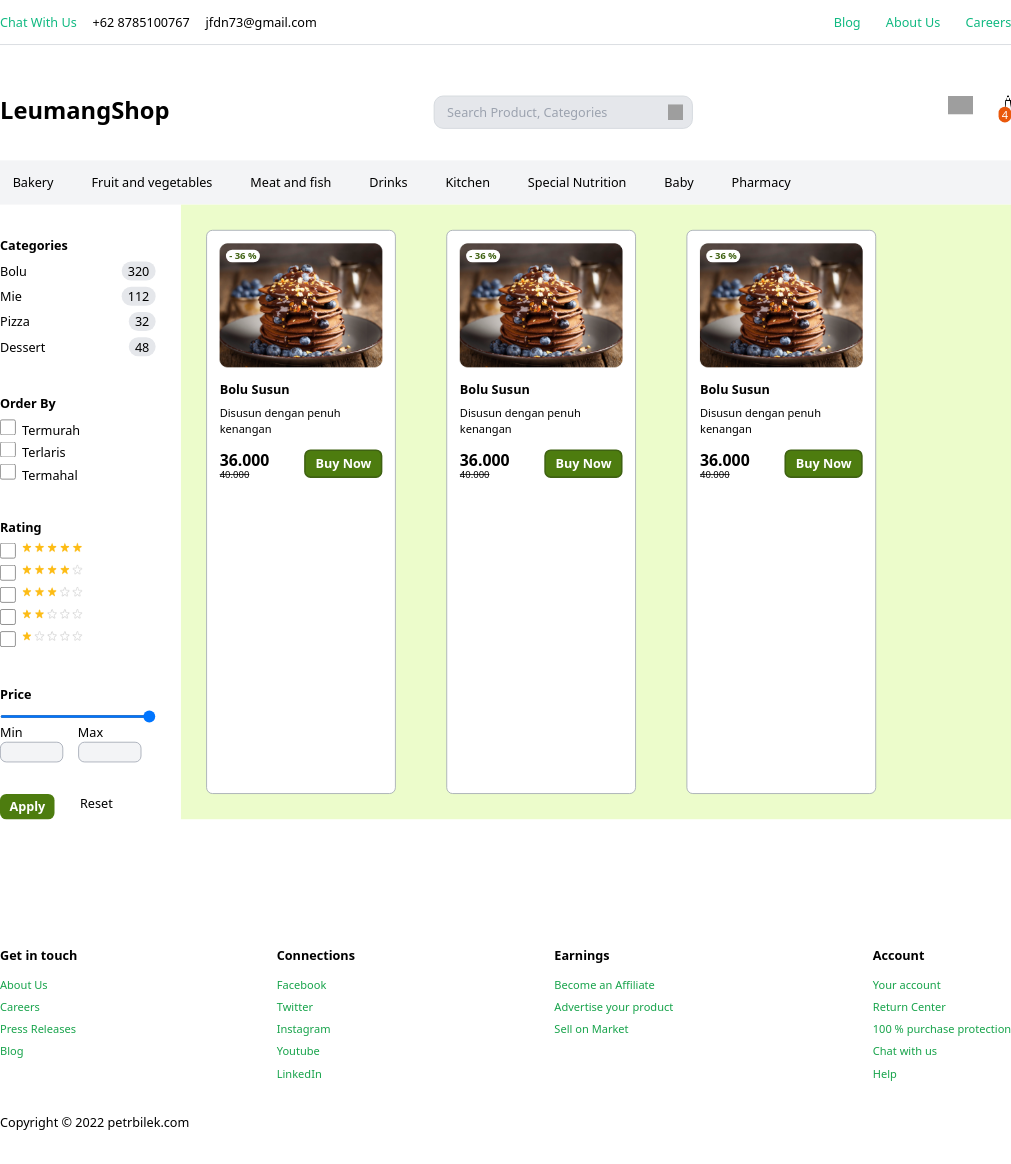
Repository: jafetdn73/ecommerce-tailwind
Page: /
These files come from the project's save history. The page is drawn as it stood at one moment and after the next save; the edit follows.
The browser window is 1280 px wide. The pictures show the whole page, at 79% of full size.
Pictures or frames that could not be fetched are drawn as grey boxes. The project was rebuilt for these pictures with package versions that can differ from the ones it lists, and the page was loaded fresh each time. Also part of the build but not shown: src/App.css.

Above is the page before, as saved 2022-03-14 15:30:57.

### src/App.js
import "./App.css";

function App() {
  return (
    <div className="bg-white container mx-auto">
      <div className="flex justify-between py-4 border-b border-gray-300">
        <div className="flex gap-5">
          <a href="http://google.com" className="text-emerald-500">
            Chat With Us
          </a>
          <a href="http://facebook.com">+62 8785100767</a>
          <a href="http://ggogl.com">jfdn73@gmail.com</a>
        </div>

        <div className="">
          <ul className="flex gap-8 text-emerald-500">
            <li>Blog</li>
            <li>About Us</li>
            <li>Careers</li>
          </ul>
        </div>
      </div>

      <div className="flex justify-between mt-16">
        <h1 className="text-3xl font-bold">LeumangShop</h1>
        <div className="flex w-full justify-center items-center">
          <input
            type="text"
            placeholder="Search Product, Categories"
            className="w-1/3 border border-gray-300 bg-gray-200 rounded-xl pl-4 py-2"
          />
          <img src="/images/search-icon.png" alt="search" className="w-5 h-5 -ml-8"/>
        </div>
        <div className="flex gap-10">
          <img src="/images/user-icon.png" alt="user" className="w-8 h-6"/>
          <div className="relative">
            <img src="/images/cart-icon.png" alt="icon" className="w-8 h-6"/>
            <label className="absolute bottom-2 -left-2 bg-orange-600 text-white py-0.25 px-1 rounded-full text-sm">4</label>
          </div>
        </div>
      </div>

      <div className="bg-gray-100 mt-10 py-4 pl-4 text-base font-medium">
        <ul className="flex gap-12">
          <li>Bakery</li>
          <li>Fruit and vegetables</li>
          <li>Meat and fish</li>
          <li>Drinks</li>
          <li>Kitchen</li>
          <li>Special Nutrition</li>
          <li>Baby</li>
          <li>Pharmacy</li>
        </ul>
        </div>

      {/* Container Wrapper */}
      <div className="flex gap-4">
        {/* Side Bar Container */}
        <div className="flex flex-col w-60" >
          {/* Categories Container */}
          <div className="flex flex-col mt-10">
            <h1 className="font-bold text-base mb-2">Categories</h1>
            <ul>
              <div className="flex justify-between">
                <li>Bolu</li><label className="mb-2 bg-gray-200 pl-2 pr-2 rounded-xl">320</label>
              </div>
              <div className="flex justify-between">
                <li>Mie</li><label className="mb-2 bg-gray-200 pl-2 pr-2 rounded-xl">112</label>
              </div>
              <div className="flex justify-between">
                <li>Pizza</li><label className="mb-2 bg-gray-200 pl-2 pr-2 rounded-xl">32</label>
              </div>
              <div className="flex justify-between">
                <li>Dessert</li><label className="mb-2 bg-gray-200 pl-2 pr-2 rounded-xl">48</label>
              </div>
            </ul>
          </div>
          {/* Order By Categories */}
          <div className="flex flex-col mt-10">
            <h1 className="font-bold mb-2">Order By</h1>
           <div>
              <input type="checkbox" className="accent-lime-700 w-5 h-5 mr-2 mb-2"></input>
              <span className="mb-1">Termurah</span>
          </div>
          <div>
            <input type="checkbox"  className="accent-lime-700 w-5 h-5 mr-2 mb-2"></input>
            <label>Terlaris</label>
          </div>
          <div>
            <input type="checkbox"  className="accent-lime-700 w-5 h-5 mr-2 mb-2"></input>
            <label>Termahal</label>
          </div>
          </div>
          {/* Rating Container */}
          <div className="flex flex-col mt-10">
            <h1 className="font-bold mb-2">Rating</h1>
           <div  className="flex">
             <input type="checkbox" className="accent-lime-700 w-5 h-5 mr-2 mb-2">
               </input>
               <div className="flex w-3 h-3 gap-1">
                 <img src="images/rate-star.png" alt="rate-star"/>
                 <img src="images/rate-star.png" alt="rate-star"/>
                 <img src="images/rate-star.png" alt="rate-star"/>
                 <img src="images/rate-star.png" alt="rate-star"/>
                 <img src="images/rate-star.png" alt="rate-star"/>
                 </div>
          </div>
          <div  className="flex">
             <input type="checkbox" className="accent-lime-700 w-5 h-5 mr-2 mb-2">
               </input>
               <div className="flex w-3 h-3 gap-1">
                 <img src="images/rate-star.png" alt="rate-star"/>
                 <img src="images/rate-star.png" alt="rate-star"/>
                 <img src="images/rate-star.png" alt="rate-star"/>
                 <img src="images/rate-star.png" alt="rate-star"/>
                 <img src="images/unrate-star.png" alt="unrate-star"/>
                 </div>
          </div>
          <div  className="flex">
             <input type="checkbox" className="accent-lime-700 w-5 h-5 mr-2 mb-2">
               </input>
               <div className="flex w-3 h-3 gap-1">
                 <img src="images/rate-star.png" alt="rate-star"/>
                 <img src="images/rate-star.png" alt="rate-star"/>
                 <img src="images/rate-star.png" alt="rate-star"/>
                 <img src="images/unrate-star.png" alt="unrate-star"/>
                 <img src="images/unrate-star.png" alt="unrate-star"/>
                 </div>
          </div>
          <div  className="flex">
             <input type="checkbox" className="accent-lime-700 w-5 h-5 mr-2 mb-2">
               </input>
               <div className="flex w-3 h-3 gap-1">
                 <img src="images/rate-star.png" alt="rate-star"/>
                 <img src="images/rate-star.png" alt="rate-star"/>
                 <img src="images/unrate-star.png" alt="unrate-star"/>
                 <img src="images/unrate-star.png" alt="unrate-star"/>
                 <img src="images/unrate-star.png" alt="unrate-star"/>
                 </div>
          </div>
          <div  className="flex">
             <input type="checkbox" className="accent-lime-700 w-5 h-5 mr-2 mb-2">
               </input>
               <div className="flex w-3 h-3 gap-1">
                 <img src="images/rate-star.png" alt="rate-star"/>
                 <img src="images/unrate-star.png" alt="unrate-star"/>
                 <img src="images/unrate-star.png" alt="unrate-star"/>
                 <img src="images/unrate-star.png" alt="unrate-star"/>
                 <img src="images/unrate-star.png" alt="unrate-star"/>
                 </div>
          </div>

          </div>
          {/* Price Container */}
          <div className="flex flex-col mt-10">
          <h1 className="font-bold">Price</h1>
          <div><input
                type="range"
                className="w-full h-1 p-0 bg-gray-200 focus:outline-none focus:ring-0 focus:shadow-sm"
                min="0"
                max="5"
              />
           </div>
           <div className="flex">
             <div className="w-2/4"><label>Min</label><br></br><input className="w-20 bg-gray-100 border border-gray-400 rounded-lg" type="text"/></div>
             <div  className="w-2/4"><label>Max</label><br></br><input className="w-20 bg-gray-100 border border-gray-400 rounded-lg" type="text"/></div>
           </div>
          </div>
          <div className="flex mt-10">
            <button className="py-1 px-3 mr-8 rounded-lg font-bold bg-lime-700 text-white">Apply</button><label>Reset</label></div>
        </div>
        <div className="bg-gray-100">
          <div className="bg-yellow-100">
          </div>
        </div>
        {/* Container Content */}
        <div className="flex flex-wrap bg-lime-100 w-full" >
          <div className="w-60 h-120 m-8 p-4 bg-white border border-gray-400 rounded-lg">
            <div className="flex relative">
              <img src="images/bolu-susun.png" alt="bolu-susun" width="236" height="180"/>
              <label className="text-lime-800 font-bold text-xs ml-2 absolute bottom-26 left-0 bg-white mt-2 mb-2 pl-1 pr-1 rounded-xl">- 36 %</label>
            </div>
            <div>
            <h1 className="font-bold text-base mt-4 mb-2">Bolu Susun</h1>
            <p className="text-sm">Disusun dengan penuh kenangan</p>
            </div>
            <div className="flex justify-between mt-4">
              <div className="flex flex-col">
                <label className="font-bold text-xl">36.000</label>
                <label className="line-through text-xs -mt-1">40.000</label>
              </div>
              <div>
                <button className="py-1 px-3 rounded-lg font-bold border-2 border-lime-800 bg-lime-700 text-white">Buy Now</button>
              </div>
            </div>
          </div>

          <div className="w-60 m-8 p-4 bg-white border border-gray-400 rounded-lg">
            <div className="flex relative">
              <img src="images/bolu-susun.png" alt="bolu-susun" width="236" height="180"/>
              <label className="text-lime-800 font-bold text-xs ml-2 absolute bottom-26 left-0 bg-white mt-2 mb-2 pl-1 pr-1 rounded-xl">- 36 %</label>
            </div>
            <div>
            <h1 className="font-bold text-base mt-4 mb-2">Bolu Susun</h1>
            <p className="text-sm">Disusun dengan penuh kenangan</p>
            </div>
            <div className="flex justify-between mt-4">
              <div className="flex flex-col">
                <label className="font-bold text-xl">36.000</label>
                <label className="line-through text-xs -mt-1">40.000</label>
              </div>
              <div>
                <button className="py-1 px-3 rounded-lg font-bold border-2 border-lime-800 bg-lime-700 text-white">Buy Now</button>
              </div>
            </div>
          </div>

          <div className="w-60 m-8 p-4 bg-white border border-gray-400 rounded-lg">
            <div className="flex relative">
              <img src="images/bolu-susun.png" alt="bolu-susun" width="236" height="180"/>
              <label className="text-lime-800 font-bold text-xs ml-2 absolute bottom-26 left-0 bg-white mt-2 mb-2 pl-1 pr-1 rounded-xl">- 36 %</label>
            </div>
            <div>
            <h1 className="font-bold text-base mt-4 mb-2">Bolu Susun</h1>
            <p className="text-sm">Disusun dengan penuh kenangan</p>
            </div>
            <div className="flex justify-between mt-4">
              <div className="flex flex-col">
                <label className="font-bold text-xl">36.000</label>
                <label className="line-through text-xs -mt-1">40.000</label>
              </div>
              <div>
                <button className="py-1 px-3 rounded-lg font-bold border-2 border-lime-800 bg-lime-700 text-white">Buy Now</button>
              </div>
            </div>
          </div>

        </div>
      </div>

      {/* footer */}
      <div className="flex justify-between mb-8 mt-40">

<div className="">
  <h2 className="font-bold mb-4">Get in touch</h2>
  <ul className="text-sm text-green-600">
    <li className="mb-2">About Us</li>
    <li className="mb-2">Careers</li>
    <li className="mb-2">Press Releases</li>
    <li className="mb-2">Blog</li>
  </ul>
</div>

<div className="">
  <h2 className="font-bold mb-4">Connections</h2>
  <ul className="text-sm text-green-600">
    <li className="mb-2">Facebook</li>
    <li className="mb-2">Twitter</li>
    <li className="mb-2">Instagram</li>
    <li className="mb-2">Youtube</li>
    <li className="mb-2">LinkedIn</li>
  </ul>
</div>

<div className="">
  <h2 className="font-bold mb-4">Earnings</h2>
  <ul className="text-sm text-green-600">
    <li className="mb-2">Become an Affiliate</li>
    <li className="mb-2">Advertise your product</li>
    <li className="mb-2">Sell on Market</li>
  </ul>
</div>

<div className="">
  <h2 className="font-bold mb-4">Account</h2>
  <ul className="text-sm text-green-600">
    <li className="mb-2">Your account</li>
    <li className="mb-2">Return Center</li>
    <li className="mb-2">100 % purchase protection</li>
    <li className="mb-2">Chat with us</li>
    <li className="mb-2">Help</li>
  </ul>
</div>

</div>

{/* copyright */}
<div className="mb-10">
<h4>Copyright &copy; 2022 petrbilek.com</h4>
</div>

    </div>
  );
}

export default App;

Loaded but not shown: public/index.html (common file); src/index.js (common file); src/index.css (common file); src/reportWebVitals.js (common file); tailwind.config.js (common file)

After the next save:
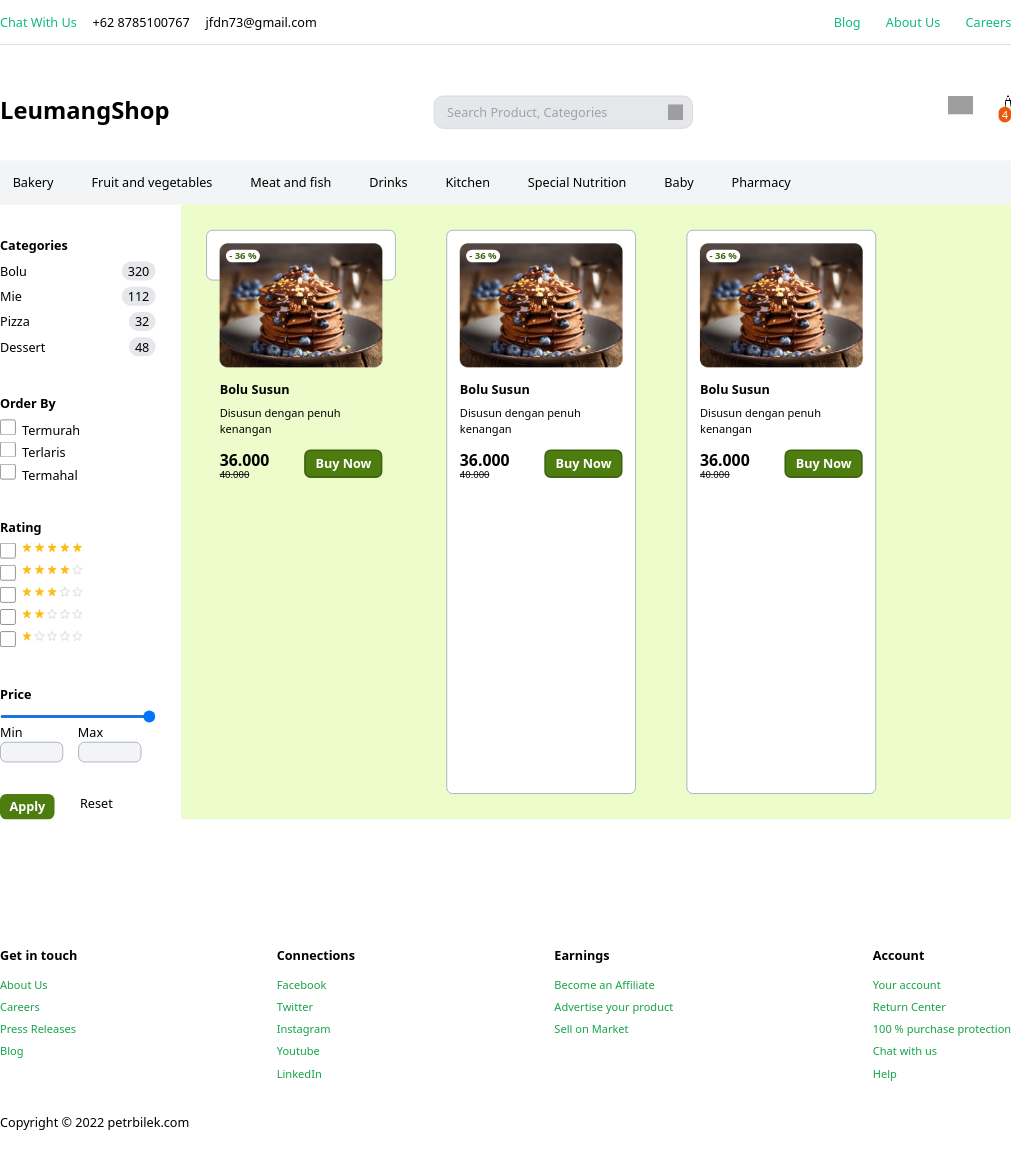
Saved 52 s later.
--- a/src/App.js
+++ b/src/App.js
@@ -175,7 +175,7 @@ function App() {
         </div>
         {/* Container Content */}
         <div className="flex flex-wrap bg-lime-100 w-full" >
-          <div className="w-60 h-120 m-8 p-4 bg-white border border-gray-400 rounded-lg">
+          <div className="w-60 h-16 m-8 p-4 bg-white border border-gray-400 rounded-lg">
             <div className="flex relative">
               <img src="images/bolu-susun.png" alt="bolu-susun" width="236" height="180"/>
               <label className="text-lime-800 font-bold text-xs ml-2 absolute bottom-26 left-0 bg-white mt-2 mb-2 pl-1 pr-1 rounded-xl">- 36 %</label>
